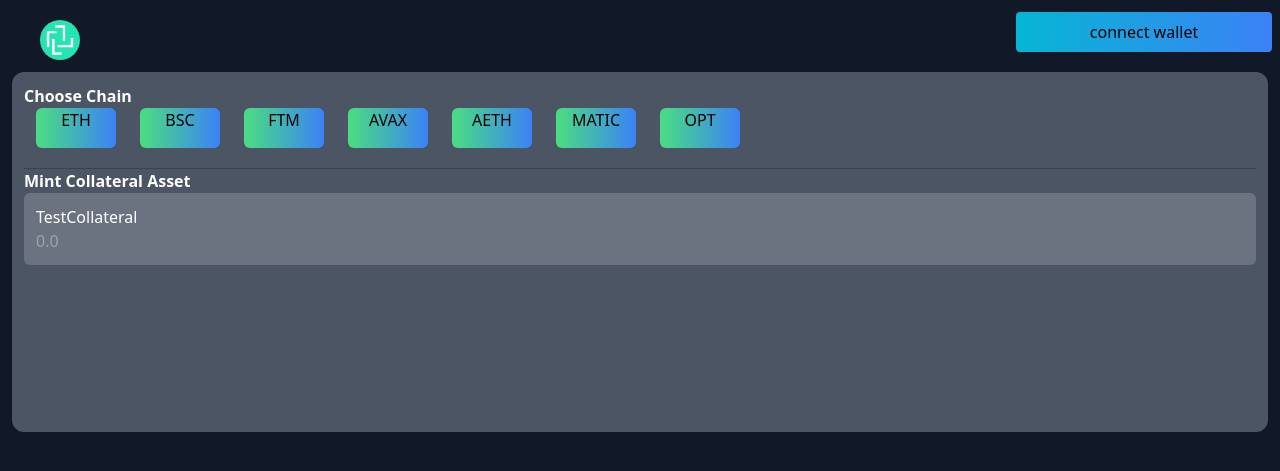
Repository: AstriaFinance/AstriaMvp
Page: /
The author's editor kept a copy of each file at every save. The page is drawn from the files as they stood at one save, then again after the next save.
The browser window is 1280 px wide. The pictures show the whole page.
The project was rebuilt for these pictures with package versions that can differ from the ones it lists, and the page was loaded fresh each time. Also part of the build but not shown: src/components/Nav.jsx, src/components/ErrorPage.jsx.

Above is the page before, as saved 2022-07-04 10:29:57.

### src/index.css
@tailwind base;
@tailwind components;
@tailwind utilities;

@import url("https://fonts.googleapis.com/css2?family=Gentium+Book+Plus:ital@1&display=swap");

### src/App.js
import { Nav, Home, ErrorPage } from "./components";
import { BrowserRouter as Router, Routes, Route, Link } from "react-router-dom";
function App() {
  return (
    <Router>
      <Routes>
        <Route path="/" element={<Home />} />
        <Route path="/AstriaMvp" element={<Home />} />
        <Route path="*" element={<ErrorPage />} />
      </Routes>
    </Router>
  );
}

export default App;

### src/components/index.js
export { default as Nav } from "./Nav";
export { default as ErrorPage } from "./ErrorPage";
export { default as Home } from "./Home";

### src/components/Home.jsx
import React, { useEffect, useState } from "react";
import astriaPorta_abi from "../contracts/astriaPorta_abi.json";
import testEth_abi from "../contracts/testEth_abi";
import xap_abi from "../contracts/xap_abi.json";
import logo from "../static/astria2.jpg";
import { ethers } from "ethers";

const Home = () => {
  const contractAddress = "0x1b3781eA482113695622EF6C31Fb38c4e02C95A0";
  const testEthContractAddress = "0x8c5696f345827C2d5A7a2e48F815A428eCC87437";
  const xapContractAddress = "0x5272c7F5eA6E5F9bb88f20B9f47Bd0f29e5921EC";
  const [conButtonText, setConButtonText] = useState("connect wallet");
  const [errorMessage, setErrorMessage] = useState(null);
  const [defaultAccount, setDefaultAccount] = useState(null);
  const [provider, setProvider] = useState(null);
  const [signer, setSigner] = useState(null);
  const [contract, setContract] = useState(null);
  const [transferHash, setTransferHah] = useState(null);
  const [depositHash, setDepositHash] = useState(null);
  const [testEthContract, setTestEthContract] = useState(null);
  const [borrowHash, setBorrowHash] = useState(null);
  const [sendHash, setSendHash] = useState(null);
  const [xapContract, setxapContract] = useState(null);
  const [TausdBalance, setTausdBalance] = useState(null);
  const [TestBalance, setTestBalance] = useState(null);

  const connectWalletHandler = () => {
    if (window.ethereum) {
      window.ethereum
        .request({ method: "eth_requestAccounts" })
        .then((result) => {
          accountChangedHandler(result[0]);
          setConButtonText("Wallet connected");
        })
        .catch((error) => {
          setErrorMessage(error.message);
        });
    } else {
      console.log("Install Metamask");
      setErrorMessage("Please Install Metamask");
    }
    TausdbalanceHandler();
    testColleteralHandler();
  };

  const accountChangedHandler = (newAddress) => {
    setDefaultAccount(newAddress);
    updateEthers();
  };

  const updateEthers = () => {
    let tempProvider = new ethers.providers.Web3Provider(window.ethereum);
    let tempSigner = tempProvider.getSigner();
    let tempContract = new ethers.Contract(
      contractAddress,
      astriaPorta_abi,
      tempSigner
    );
    let testEthContract = new ethers.Contract(
      testEthContractAddress,
      testEth_abi,
      tempSigner
    );
    let xapContract = new ethers.Contract(
      xapContractAddress,
      xap_abi,
      tempSigner
    );
    setProvider(tempProvider);
    setSigner(tempSigner);
    setContract(tempContract);
    setTestEthContract(testEthContract);
    setxapContract(xapContract);
  };

  const mintHandler = async (e) => {
    e.preventDefault();
    let mintAmount = e.target.mintAmount.value;

    let txn = await contract.Mint(mintAmount);
    setTransferHah(txn);
  };

  const depositHandler = async (e) => {
    e.preventDefault();
    let depositAmount = e.target.depositAmount.value;

    let depositTxn = await contract.deposit(depositAmount);
    setDepositHash(depositTxn);
  };

  const borrowHandler = async (e) => {
    e.preventDefault();
    let borrowAmount = e.target.borrowAmount.value;
    let borrowtxn = await contract.borrow(borrowAmount);
    setBorrowHash(borrowtxn);
  };

  const sendTokenHandler = async (e) => {
    e.preventDefault();
    let messageFee = ethers.utils.parseEther("0.025");
    let tempSigner = signer.getAddress();
    let dstChainId = 10002;
    let to = tempSigner;
    let qty = e.target.qty.value;
    let zeroPaymentAddress = tempSigner;
    let adapterParam = "0x";
    let sendTokenTransaction = await xapContract.sendTokens(
      dstChainId,
      to,
      qty,
      zeroPaymentAddress,
      adapterParam,
      { value: ethers.utils.parseEther("0.01") }
    );
    setSendHash(sendTokenTransaction);
  };

  const approveTestEth = async (e) => {
    e.preventDefault();
    await testEthContract.approve(contractAddress, "9007199254740990");
  };

  const TausdbalanceHandler = async () => {
    let balanceTausdToken = await xapContract.balanceOf(defaultAccount);
    let balanceTausdNum = balanceTausdToken.toNumber();
    let decimals = await xapContract.decimals();
    let tokenBalance = balanceTausdNum / Math.pow(10, decimals);
    setTausdBalance(toFixed(tokenBalance));
  };

  const testColleteralHandler = async () => {
    let balanceTestToken = await testEthContract.balanceOf(defaultAccount);
    let balanceTestTokenNum = balanceTestToken.toNumber();
    let decimals = await testEthContract.decimals();
    let tokenBalance = balanceTestTokenNum / Math.pow(10, decimals);

    setTestBalance(toFixed(tokenBalance));
  };

  function toFixed(x) {
    if (Math.abs(x) < 1.0) {
      var e = parseInt(x.toString().split("e-")[1]);
      if (e) {
        x *= Math.pow(10, e - 1);
        x = "0." + new Array(e).join("0") + x.toString().substring(2);
      }
    } else {
      var e = parseInt(x.toString().split("+")[1]);
      if (e > 20) {
        e -= 20;
        x /= Math.pow(10, e);
        x += new Array(e + 1).join("0");
      }
    }
    return x;
  }
  useEffect(() => {
    if (contract != null) {
    }
  }, []);
  return (
    <div className="bg-gray-900 h-screen">
      <div className="flex justify-between">
        <img src={logo} alt="" className="h-10 mt-5 mx-10 rounded-full" />

        <button
          onClick={connectWalletHandler}
          className="bg-gradient-to-r from-cyan-500 to-blue-500 rounded w-64 h-10 mt-3 mr-2"
        >
          {conButtonText}
        </button>
      </div>
      <div className="bg-gray-600 rounded-xl h-1/2 mx-3 my-3 p-3 ">
        <h2 className="text-white font-bold ">Choose Chain</h2>
        <div className="flex  overflow-x-auto text-center">
          <div className=" bg-gradient-to-r from-green-400 to-blue-500 rounded-md h-10 w-20 items-center    mx-3">
            ETH
          </div>
          <div className="bg-gradient-to-r from-green-400 to-blue-500 rounded-md w-20  mx-3">
            BSC
          </div>
          <div className="bg-gradient-to-r from-green-400 to-blue-500 rounded-md w-20  mx-3">
            FTM
          </div>
          <div className="bg-gradient-to-r from-green-400 to-blue-500 rounded-md w-20  mx-3">
            AVAX
          </div>
          <div className="bg-gradient-to-r from-green-400 to-blue-500 rounded-md w-20  mx-3">
            AETH
          </div>
          <div className="bg-gradient-to-r from-green-400 to-blue-500 rounded-md w-20  mx-3">
            MATIC
          </div>
          <div className="bg-gradient-to-r from-green-400 to-blue-500 rounded-md w-20  mx-3 ">
            OPT
          </div>
        </div>

        <div>
          <div className="text-white font-bold mt-5  border-t border-gray-700">
            Mint Collateral Asset
          </div>
          <div className="bg-gray-500 p-3 rounded-md">
            <form action="">
              <div className="text-white font-thin">TestCollateral </div>
              <input
                type="number"
                placeholder="0.0"
                className="w-full bg-gray-500"
              />
            </form>
          </div>
        </div>
      </div>
    </div>
  );
};

export default Home;

### src/contracts/astriaPorta_abi.json
[
	{
		"inputs": [
			{
				"internalType": "contract IXAP",
				"name": "_XAP",
				"type": "address"
			}
		],
		"stateMutability": "nonpayable",
		"type": "constructor"
	},
	{
		"anonymous": false,
		"inputs": [
			{
				"indexed": true,
				"internalType": "address",
				"name": "masterContract",
				"type": "address"
			},
			{
				"indexed": false,
				"internalType": "bytes",
				"name": "data",
				"type": "bytes"
			},
			{
				"indexed": true,
				"internalType": "address",
				"name": "cloneAddress",
				"type": "address"
			}
		],
		"name": "LogDeploy",
		"type": "event"
	},
	{
		"anonymous": false,
		"inputs": [
			{
				"indexed": false,
				"internalType": "address",
				"name": "to",
				"type": "address"
			},
			{
				"indexed": false,
				"internalType": "uint256",
				"name": "amount",
				"type": "uint256"
			}
		],
		"name": "Minted",
		"type": "event"
	},
	{
		"anonymous": false,
		"inputs": [
			{
				"indexed": false,
				"internalType": "address",
				"name": "from",
				"type": "address"
			},
			{
				"indexed": false,
				"internalType": "uint256",
				"name": "amount",
				"type": "uint256"
			}
		],
		"name": "borrowed",
		"type": "event"
	},
	{
		"anonymous": false,
		"inputs": [
			{
				"indexed": false,
				"internalType": "address",
				"name": "from",
				"type": "address"
			},
			{
				"indexed": false,
				"internalType": "uint256",
				"name": "amount",
				"type": "uint256"
			}
		],
		"name": "deposited",
		"type": "event"
	},
	{
		"inputs": [],
		"name": "BORROW_OPENING_FEE",
		"outputs": [
			{
				"internalType": "uint256",
				"name": "",
				"type": "uint256"
			}
		],
		"stateMutability": "view",
		"type": "function"
	},
	{
		"inputs": [],
		"name": "COLLATERIZATION_RATE",
		"outputs": [
			{
				"internalType": "uint256",
				"name": "",
				"type": "uint256"
			}
		],
		"stateMutability": "view",
		"type": "function"
	},
	{
		"inputs": [],
		"name": "LIQUIDATION_MULTIPLIER",
		"outputs": [
			{
				"internalType": "uint256",
				"name": "",
				"type": "uint256"
			}
		],
		"stateMutability": "view",
		"type": "function"
	},
	{
		"inputs": [
			{
				"internalType": "uint256",
				"name": "_amount",
				"type": "uint256"
			}
		],
		"name": "Mint",
		"outputs": [],
		"stateMutability": "nonpayable",
		"type": "function"
	},
	{
		"inputs": [],
		"name": "XAP",
		"outputs": [
			{
				"internalType": "contract IXAP",
				"name": "",
				"type": "address"
			}
		],
		"stateMutability": "view",
		"type": "function"
	},
	{
		"inputs": [
			{
				"internalType": "address",
				"name": "_spender",
				"type": "address"
			},
			{
				"internalType": "uint256",
				"name": "_amount",
				"type": "uint256"
			}
		],
		"name": "approve",
		"outputs": [],
		"stateMutability": "nonpayable",
		"type": "function"
	},
	{
		"inputs": [
			{
				"internalType": "uint256",
				"name": "amount",
				"type": "uint256"
			}
		],
		"name": "borrow",
		"outputs": [],
		"stateMutability": "nonpayable",
		"type": "function"
	},
	{
		"inputs": [
			{
				"internalType": "uint16",
				"name": "_dstChainId",
				"type": "uint16"
			},
			{
				"internalType": "bytes",
				"name": "_to",
				"type": "bytes"
			},
			{
				"internalType": "uint256",
				"name": "amount",
				"type": "uint256"
			},
			{
				"internalType": "address",
				"name": "_zroPaymentAddress",
				"type": "address"
			},
			{
				"internalType": "bytes",
				"name": "_adapterParam",
				"type": "bytes"
			}
		],
		"name": "borrowTo",
		"outputs": [],
		"stateMutability": "nonpayable",
		"type": "function"
	},
	{
		"inputs": [],
		"name": "collateral",
		"outputs": [
			{
				"internalType": "contract ITestETH",
				"name": "",
				"type": "address"
			}
		],
		"stateMutability": "view",
		"type": "function"
	},
	{
		"inputs": [
			{
				"internalType": "address",
				"name": "masterContract",
				"type": "address"
			},
			{
				"internalType": "bytes",
				"name": "data",
				"type": "bytes"
			},
			{
				"internalType": "bool",
				"name": "useCreate2",
				"type": "bool"
			}
		],
		"name": "deploy",
		"outputs": [
			{
				"internalType": "address",
				"name": "cloneAddress",
				"type": "address"
			}
		],
		"stateMutability": "payable",
		"type": "function"
	},
	{
		"inputs": [
			{
				"internalType": "uint256",
				"name": "amount",
				"type": "uint256"
			}
		],
		"name": "deposit",
		"outputs": [],
		"stateMutability": "payable",
		"type": "function"
	},
	{
		"inputs": [
			{
				"internalType": "address",
				"name": "",
				"type": "address"
			}
		],
		"name": "depositsToAmount",
		"outputs": [
			{
				"internalType": "uint256",
				"name": "",
				"type": "uint256"
			}
		],
		"stateMutability": "view",
		"type": "function"
	},
	{
		"inputs": [],
		"name": "feeTo",
		"outputs": [
			{
				"internalType": "address",
				"name": "",
				"type": "address"
			}
		],
		"stateMutability": "view",
		"type": "function"
	},
	{
		"inputs": [
			{
				"internalType": "bytes",
				"name": "data",
				"type": "bytes"
			}
		],
		"name": "init",
		"outputs": [],
		"stateMutability": "payable",
		"type": "function"
	},
	{
		"inputs": [
			{
				"internalType": "address",
				"name": "",
				"type": "address"
			}
		],
		"name": "masterContractOf",
		"outputs": [
			{
				"internalType": "address",
				"name": "",
				"type": "address"
			}
		],
		"stateMutability": "view",
		"type": "function"
	},
	{
		"inputs": [],
		"name": "oracle",
		"outputs": [
			{
				"internalType": "contract IOracle",
				"name": "",
				"type": "address"
			}
		],
		"stateMutability": "view",
		"type": "function"
	},
	{
		"inputs": [],
		"name": "oracleData",
		"outputs": [
			{
				"internalType": "bytes",
				"name": "",
				"type": "bytes"
			}
		],
		"stateMutability": "view",
		"type": "function"
	},
	{
		"inputs": [
			{
				"internalType": "contract ITestETH",
				"name": "_collateral",
				"type": "address"
			}
		],
		"name": "setTestColleteral",
		"outputs": [],
		"stateMutability": "nonpayable",
		"type": "function"
	},
	{
		"inputs": [],
		"name": "testColleteral",
		"outputs": [
			{
				"internalType": "contract ITestETH",
				"name": "",
				"type": "address"
			}
		],
		"stateMutability": "view",
		"type": "function"
	},
	{
		"inputs": [],
		"name": "totalDeposits",
		"outputs": [
			{
				"internalType": "uint256",
				"name": "",
				"type": "uint256"
			}
		],
		"stateMutability": "view",
		"type": "function"
	}
]

### src/contracts/testEth_abi.json
[
	{
		"inputs": [],
		"stateMutability": "nonpayable",
		"type": "constructor"
	},
	{
		"anonymous": false,
		"inputs": [
			{
				"indexed": true,
				"internalType": "address",
				"name": "owner",
				"type": "address"
			},
			{
				"indexed": true,
				"internalType": "address",
				"name": "spender",
				"type": "address"
			},
			{
				"indexed": false,
				"internalType": "uint256",
				"name": "value",
				"type": "uint256"
			}
		],
		"name": "Approval",
		"type": "event"
	},
	{
		"anonymous": false,
		"inputs": [
			{
				"indexed": true,
				"internalType": "address",
				"name": "previousOwner",
				"type": "address"
			},
			{
				"indexed": true,
				"internalType": "address",
				"name": "newOwner",
				"type": "address"
			}
		],
		"name": "OwnershipTransferred",
		"type": "event"
	},
	{
		"anonymous": false,
		"inputs": [
			{
				"indexed": true,
				"internalType": "address",
				"name": "from",
				"type": "address"
			},
			{
				"indexed": true,
				"internalType": "address",
				"name": "to",
				"type": "address"
			},
			{
				"indexed": false,
				"internalType": "uint256",
				"name": "value",
				"type": "uint256"
			}
		],
		"name": "Transfer",
		"type": "event"
	},
	{
		"inputs": [
			{
				"internalType": "address",
				"name": "owner",
				"type": "address"
			},
			{
				"internalType": "address",
				"name": "spender",
				"type": "address"
			}
		],
		"name": "allowance",
		"outputs": [
			{
				"internalType": "uint256",
				"name": "",
				"type": "uint256"
			}
		],
		"stateMutability": "view",
		"type": "function"
	},
	{
		"inputs": [
			{
				"internalType": "address",
				"name": "spender",
				"type": "address"
			},
			{
				"internalType": "uint256",
				"name": "amount",
				"type": "uint256"
			}
		],
		"name": "approve",
		"outputs": [
			{
				"internalType": "bool",
				"name": "",
				"type": "bool"
			}
		],
		"stateMutability": "nonpayable",
		"type": "function"
	},
	{
		"inputs": [
			{
				"internalType": "address",
				"name": "account",
				"type": "address"
			}
		],
		"name": "balanceOf",
		"outputs": [
			{
				"internalType": "uint256",
				"name": "",
				"type": "uint256"
			}
		],
		"stateMutability": "view",
		"type": "function"
	},
	{
		"inputs": [
			{
				"internalType": "uint256",
				"name": "amount",
				"type": "uint256"
			}
		],
		"name": "burn",
		"outputs": [],
		"stateMutability": "nonpayable",
		"type": "function"
	},
	{
		"inputs": [
			{
				"internalType": "address",
				"name": "account",
				"type": "address"
			},
			{
				"internalType": "uint256",
				"name": "amount",
				"type": "uint256"
			}
		],
		"name": "burnFrom",
		"outputs": [],
		"stateMutability": "nonpayable",
		"type": "function"
	},
	{
		"inputs": [],
		"name": "decimals",
		"outputs": [
			{
				"internalType": "uint8",
				"name": "",
				"type": "uint8"
			}
		],
		"stateMutability": "view",
		"type": "function"
	},
	{
		"inputs": [
			{
				"internalType": "address",
				"name": "spender",
				"type": "address"
			},
			{
				"internalType": "uint256",
				"name": "subtractedValue",
				"type": "uint256"
			}
		],
		"name": "decreaseAllowance",
		"outputs": [
			{
				"internalType": "bool",
				"name": "",
				"type": "bool"
			}
		],
		"stateMutability": "nonpayable",
		"type": "function"
	},
	{
		"inputs": [
			{
				"internalType": "address",
				"name": "spender",
				"type": "address"
			},
			{
				"internalType": "uint256",
				"name": "addedValue",
				"type": "uint256"
			}
		],
		"name": "increaseAllowance",
		"outputs": [
			{
				"internalType": "bool",
				"name": "",
				"type": "bool"
			}
		],
		"stateMutability": "nonpayable",
		"type": "function"
	},
	{
		"inputs": [
			{
				"internalType": "address",
				"name": "to",
				"type": "address"
			},
			{
				"internalType": "uint256",
				"name": "amount",
				"type": "uint256"
			}
		],
		"name": "mint",
		"outputs": [],
		"stateMutability": "nonpayable",
		"type": "function"
	},
	{
		"inputs": [],
		"name": "name",
		"outputs": [
			{
				"internalType": "string",
				"name": "",
				"type": "string"
			}
		],
		"stateMutability": "view",
		"type": "function"
	},
	{
		"inputs": [],
		"name": "owner",
		"outputs": [
			{
				"internalType": "address",
				"name": "",
				"type": "address"
			}
		],
		"stateMutability": "view",
		"type": "function"
	},
	{
		"inputs": [],
		"name": "renounceOwnership",
		"outputs": [],
		"stateMutability": "nonpayable",
		"type": "function"
	},
	{
		"inputs": [],
		"name": "symbol",
		"outputs": [
			{
				"internalType": "string",
				"name": "",
				"type": "string"
			}
		],
		"stateMutability": "view",
		"type": "function"
	},
	{
		"inputs": [],
		"name": "totalSupply",
		"outputs": [
			{
				"internalType": "uint256",
				"name": "",
				"type": "uint256"
			}
		],
		"stateMutability": "view",
		"type": "function"
	},
	{
		"inputs": [
			{
				"internalType": "address",
				"name": "to",
				"type": "address"
			},
			{
				"internalType": "uint256",
				"name": "amount",
				"type": "uint256"
			}
		],
		"name": "transfer",
		"outputs": [
			{
				"internalType": "bool",
				"name": "",
				"type": "bool"
			}
		],
		"stateMutability": "nonpayable",
		"type": "function"
	},
	{
		"inputs": [
			{
				"internalType": "address",
				"name": "from",
				"type": "address"
			},
			{
				"internalType": "address",
				"name": "to",
				"type": "address"
			},
			{
				"internalType": "uint256",
				"name": "amount",
				"type": "uint256"
			}
		],
		"name": "transferFrom",
		"outputs": [
			{
				"internalType": "bool",
				"name": "",
				"type": "bool"
			}
		],
		"stateMutability": "nonpayable",
		"type": "function"
	},
	{
		"inputs": [
			{
				"internalType": "address",
				"name": "newOwner",
				"type": "address"
			}
		],
		"name": "transferOwnership",
		"outputs": [],
		"stateMutability": "nonpayable",
		"type": "function"
	}
]

Loaded but not shown: public/index.html (common file); src/index.js (common file); src/reportWebVitals.js (common file); tailwind.config.js (common file); src/contracts/xap_abi.json (735 lines, source omitted)

After the next save:
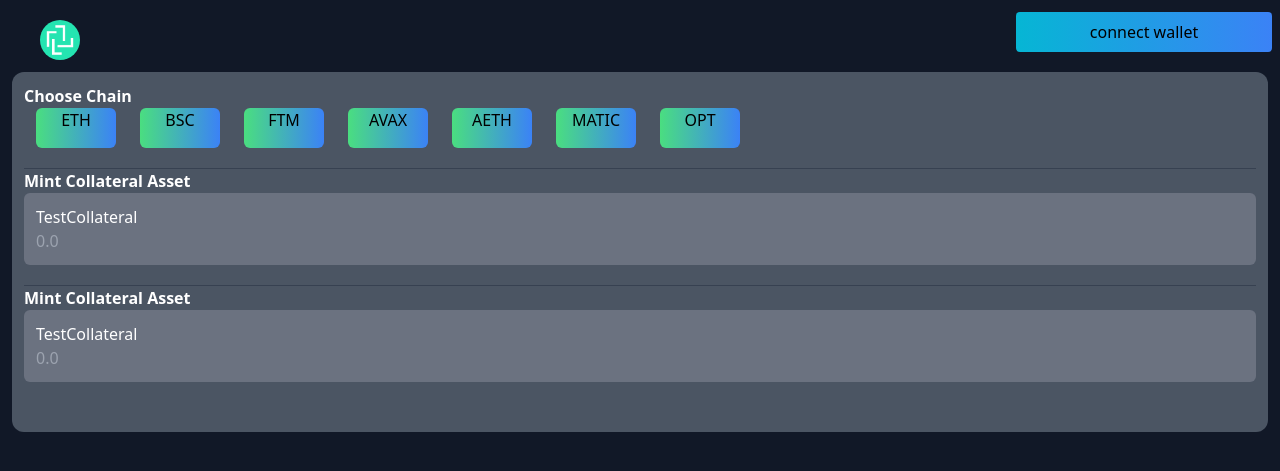
Saved 65 s later.
--- a/src/components/Home.jsx
+++ b/src/components/Home.jsx
@@ -212,6 +212,22 @@ const Home = () => {
             </form>
           </div>
         </div>
+
+        <div>
+          <div className="text-white font-bold mt-5  border-t border-gray-700">
+            Mint Collateral Asset
+          </div>
+          <div className="bg-gray-500 p-3 rounded-md">
+            <form action="">
+              <div className="text-white font-thin">TestCollateral </div>
+              <input
+                type="number"
+                placeholder="0.0"
+                className="w-full bg-gray-500"
+              />
+            </form>
+          </div>
+        </div>
       </div>
     </div>
   );
